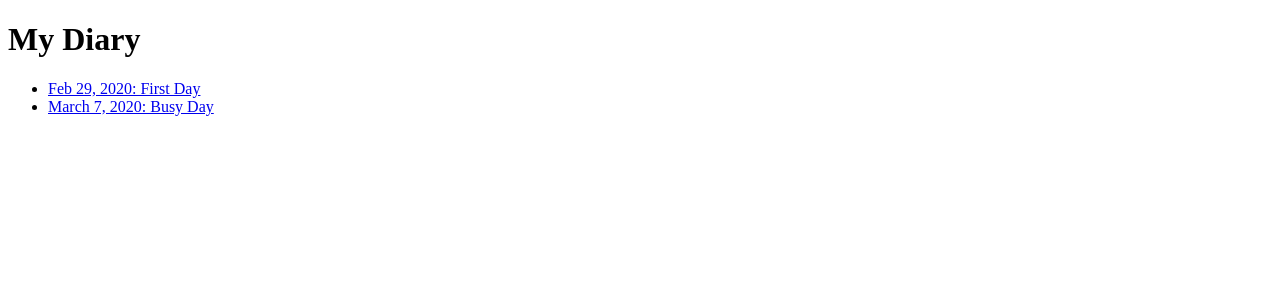
Repository: chocochocosensei/Mission-Exercises
Page: index.html
The author's editor kept a copy of each file at every save. The page is drawn from the files as they stood at one save, then again after the next save.
The browser window is 1280 px wide. The pictures show the whole page.

Above is the page before, as saved 2020-03-10 12:50:30.

### index.html
<!DOCTYPE html>
<html lang="en">

<head>
    <meta charset="UTF-8" />
    <meta name="viewport" content="width=device-width, initial-scale=1.0" />
    <link rel="stylesheet" href="style.css">
    <title>My Diary</title>
</head>

<body>
    <h1>My Diary</h1>
    <ul>
        <li>
            <a href="Page1/index.html">Feb 29, 2020: First Day</a>
        </li>
        <li><a href="page2/index.html">March 7, 2020: Busy Day</a></li>
        <!-- <li><a href="page3/index.html">3rd try is a charm.</a></li> -->
    </ul>
</body>

</html>

### style.css
*.hidden {
    display: none;
}

.title {
    color: red;
    font-weight: bold;
    text-decoration: solid;
}

After the next save:
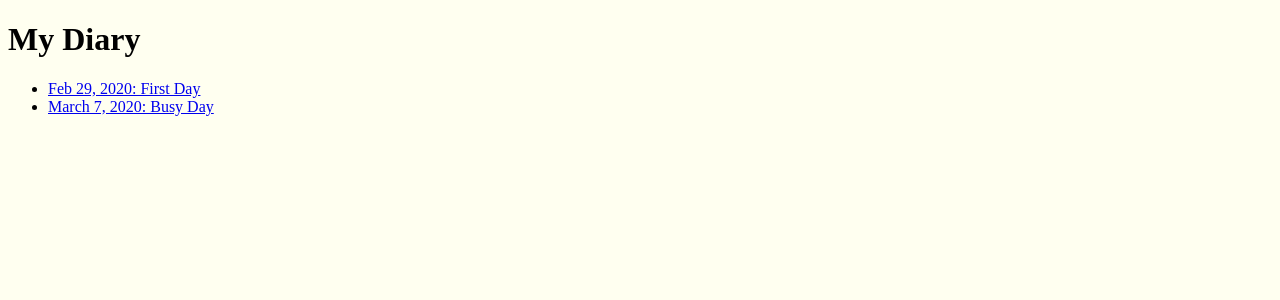
Saved 42 s later.
--- a/style.css
+++ b/style.css
@@ -7,3 +7,7 @@
     font-weight: bold;
     text-decoration: solid;
 }
+
+body {
+    background-color: ivory;
+}

After the 4 saves that followed:
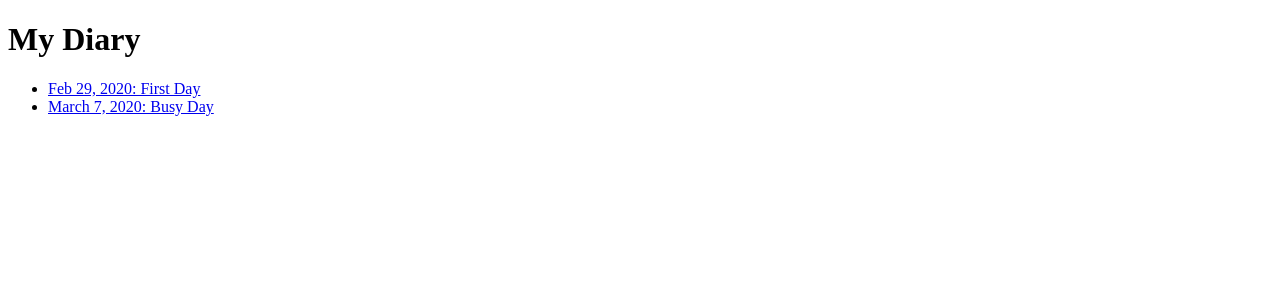
The 4 saves are shown as one change because 3 left the picture as it was.
The last was saved 2 min 49 s later.
--- a/style.css
+++ b/style.css
@@ -1,13 +1,12 @@
+body {
+    background-color: ivory0;
+}
+
 *.hidden {
     display: none;
 }
 
 .title {
-    color: red;
     font-weight: bold;
-    text-decoration: solid;
+    text-decoration: underline;
 }
-
-body {
-    background-color: ivory;
-}
